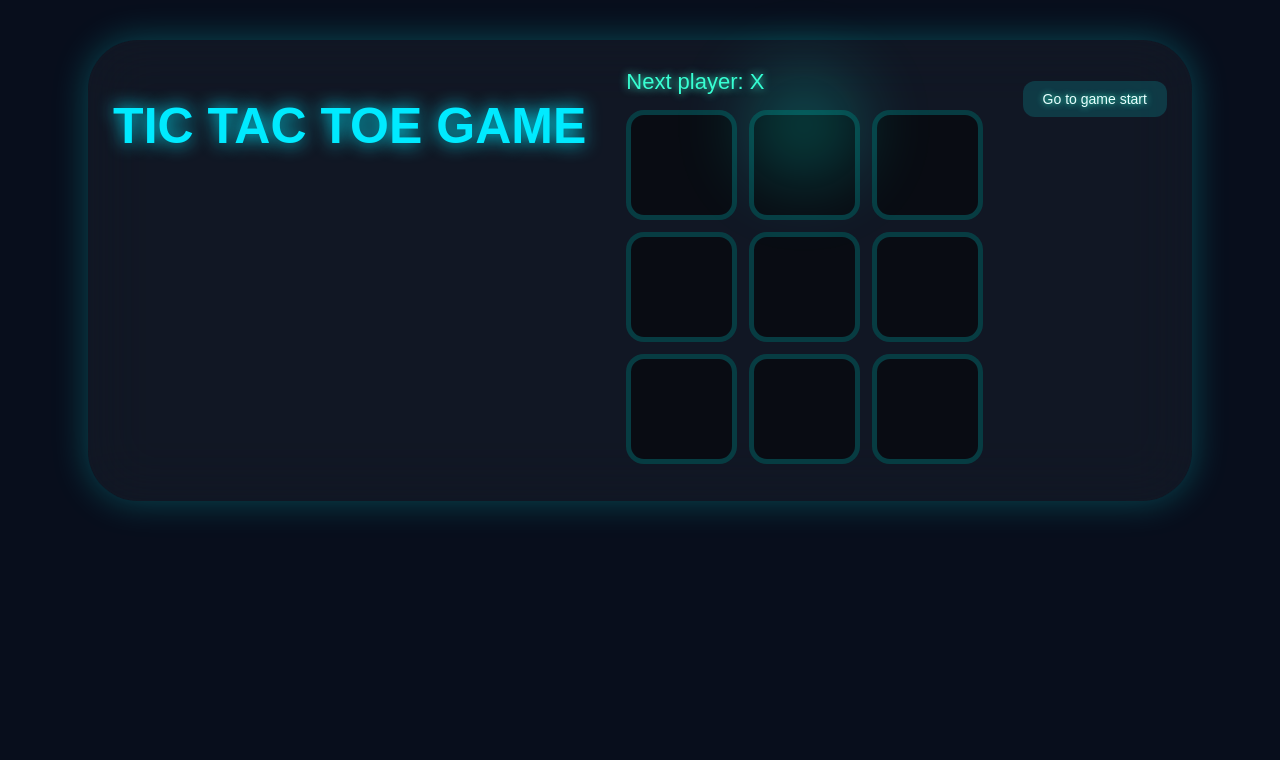
Repository: sofia123776/TIC-TAC-TOE
Page: /
These files come from the project's save history. The page is drawn as it stood at one moment and after the next save; the edit follows.
The browser window is 1280 px wide. The pictures show the whole page.
The project was rebuilt for these pictures with package versions that can differ from the ones it lists, and the page was loaded fresh each time. Also part of the build but not shown: vite.config.js.

Above is the page before, as saved 2025-11-30 19:59:13.

After the next save:
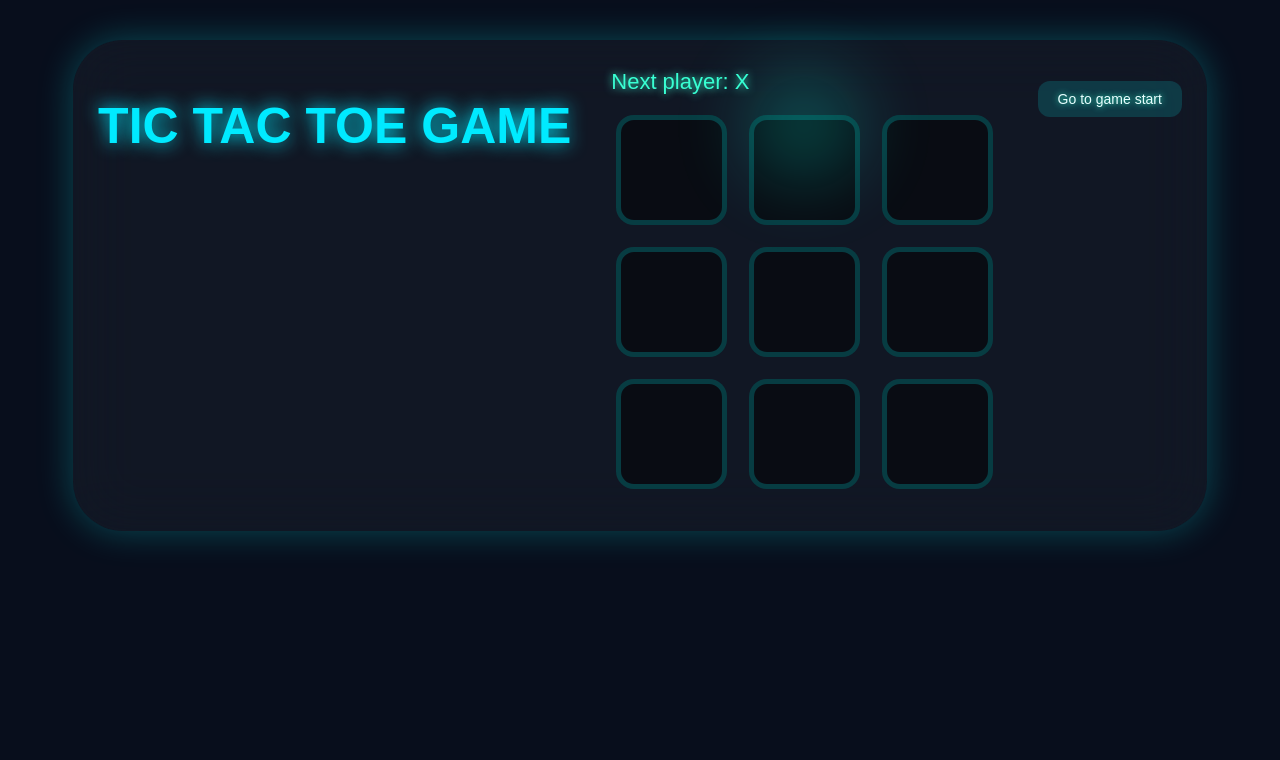
Saved 8 min 50 s later.
--- a/src/App.css
+++ b/src/App.css
@@ -56,19 +56,23 @@ h1 {
 .square {
   width: 110px !important;
   height: 110px !important;
+  margin: 5px;
   font-size: 42px !important;
   font-weight: bold;
   color: #00eaff;
-  background: rgba(0, 0, 0, 0.45);
+  background-color: rgba(0, 0, 0, 0.45);
   border: 5px solid rgba(0, 255, 255, 0.2);
   border-radius: 18px;
+  display: flex;
+  align-items: center;
+  justify-content: center;
   cursor: pointer;
-  transition: 0.25s ease-in-out, transform 0.15s;
+  transition: 0.25s ease-in-out, transform 0.15s, background-color 0.2s ease;
   text-shadow: 0 0 12px #00eaff;
 }
 
 .square:hover {
-  transform: scale(1.07);
+  transform: scale(1.07) rotate(5deg);
   background: rgba(0, 255, 255, 0.15);
   box-shadow: 0 0 18px #00eaff;
 }
@@ -78,7 +82,9 @@ h1 {
   color: #ff3c89;
   text-shadow: 0 0 12px #ff3c89;
 }
-
+.square:active {
+  transform: scale(0.9);
+}
 .square:contains("O"), .square.O {
   color: #3cfffb;
   text-shadow: 0 0 12px #3cfffb;
